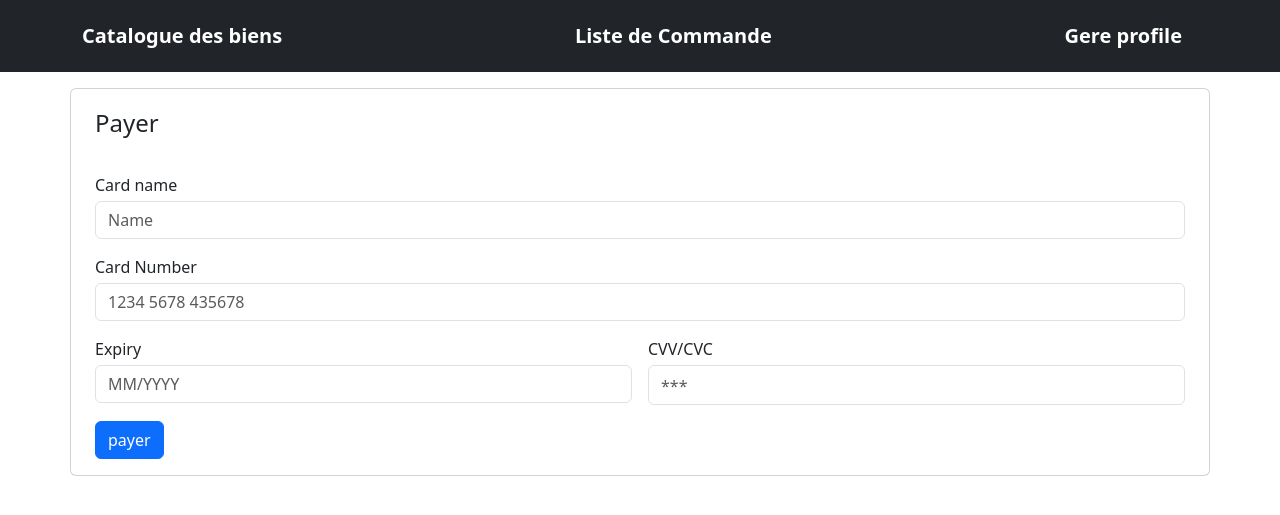
Repository: Jihad2909/Jakarta_Project_Agence_Location
Page: http://localhost/agence_location/payment
These files come from the project's save history. The page is drawn as it stood at one moment and after the next save; the edit follows.
The browser window is 1280 px wide. The pictures show the whole page.
The page is served by Tomcat 10.

Above is the page before, as saved 2024-04-25 13:47:50.

After the next save:
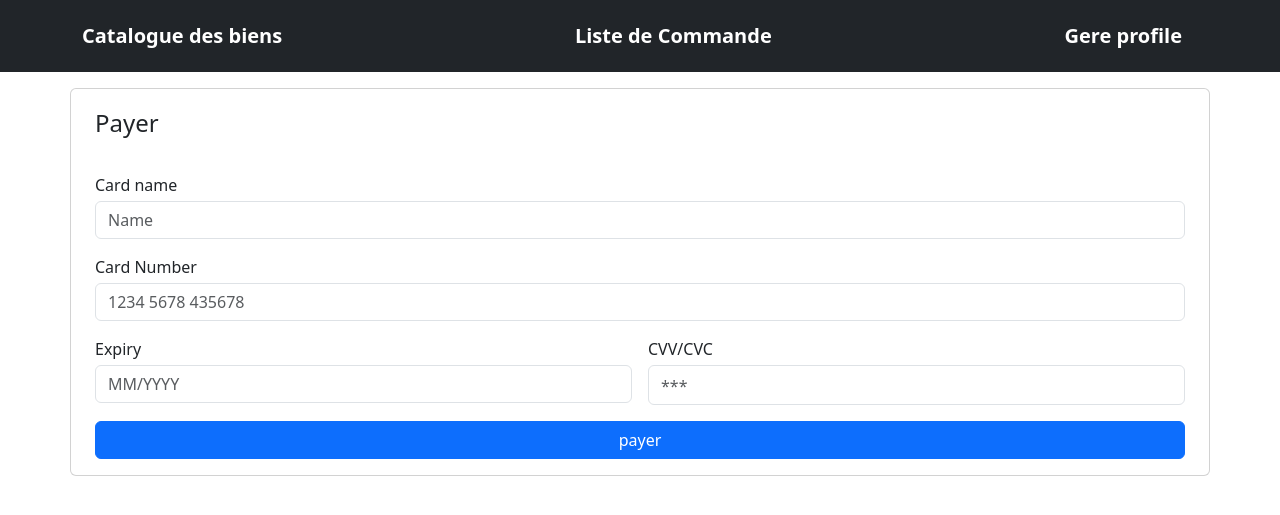
Saved 11 s later.
--- a/agence_location/src/main/webapp/WEB-INF/Views/payment.jsp
+++ b/agence_location/src/main/webapp/WEB-INF/Views/payment.jsp
@@ -53,8 +53,8 @@
                         <input class="form-control mb-3 pt-2 " type="password" placeholder="***" required>
                     </div>
                 </div>
-                <div style="width:100%;">
-                    <button class="btn btn-primary mb-3">payer</button>
+                <div >
+                    <button style="width:100%;" class="btn btn-primary mb-3">payer</button>
                 </div>
             </div>
         </div>
